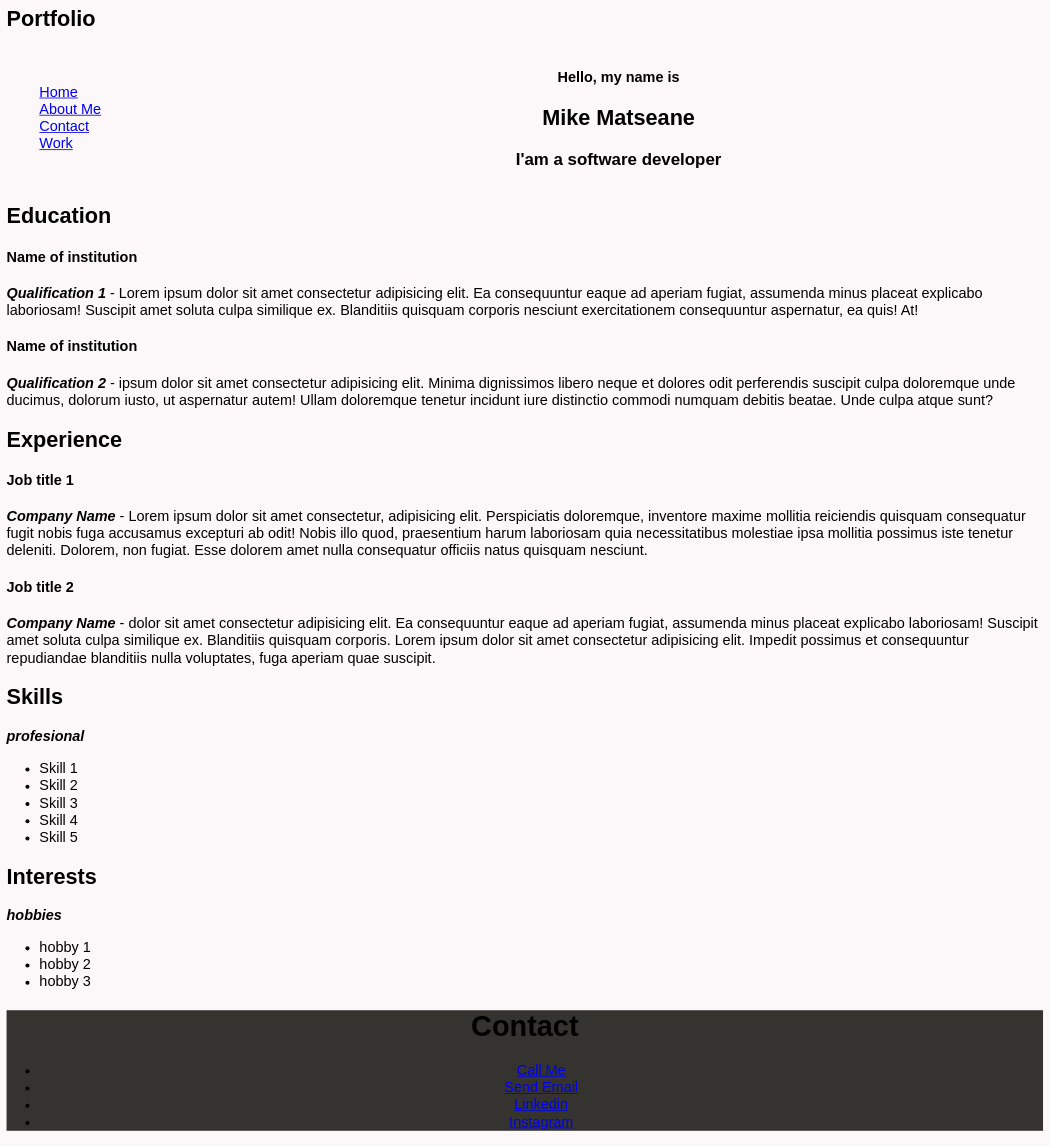
Repository: mikempho/Resume1
Page: resume1.html
The author's editor kept a copy of each file at every save. The page is drawn from the files as they stood at one save, then again after the next save.
The browser window is 1280 px wide. The pictures show the whole page, at 82% of full size.

Above is the page before, as saved 2022-03-25 20:54:34.

After the next save:
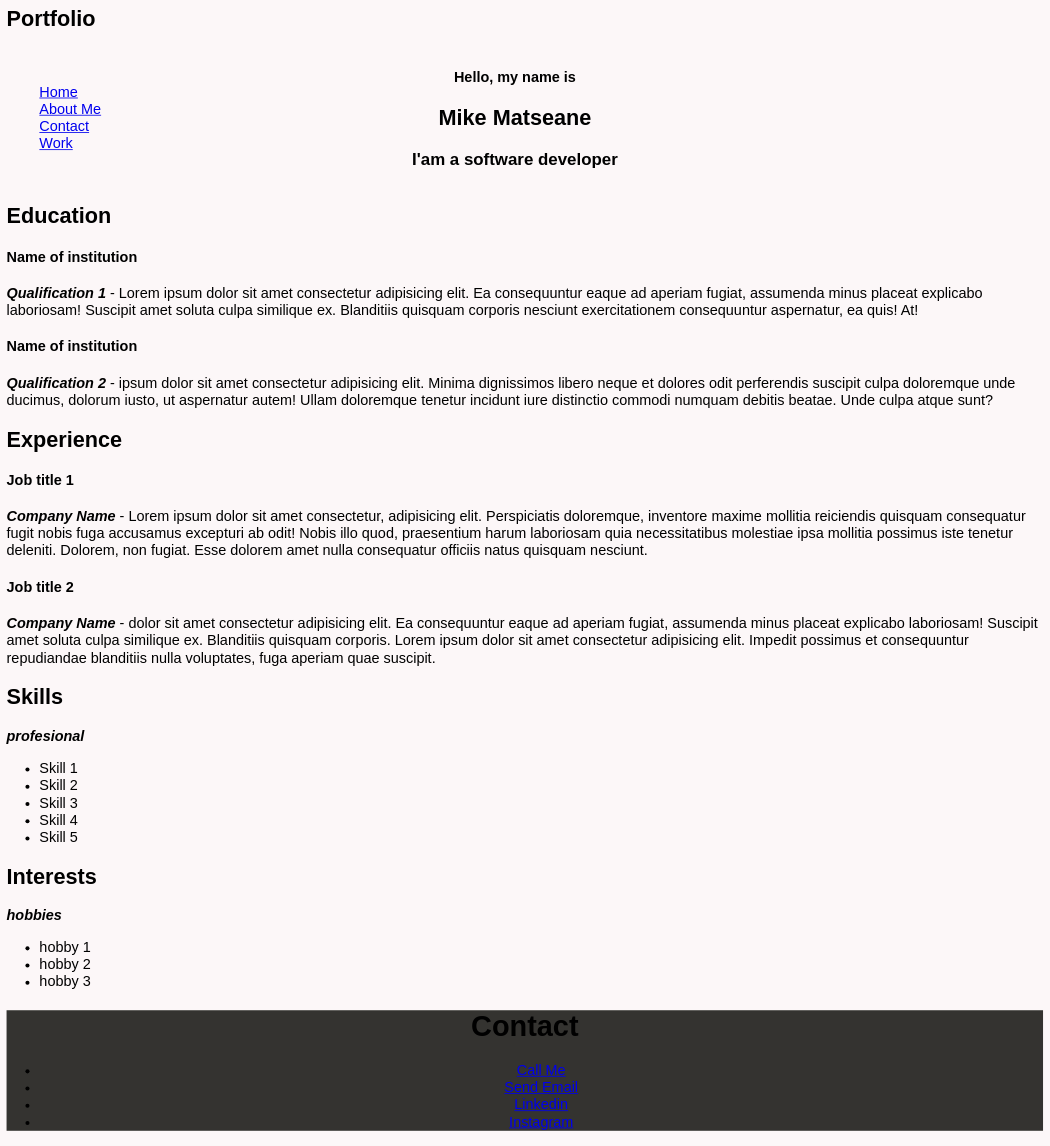
Saved 5 s later.
--- a/css/stylesheet.css
+++ b/css/stylesheet.css
@@ -23,7 +23,7 @@ nav ul li {
 .intro {
   text-align: center;
   position: relative;
-  left: 40%;
+  left: 30%;
 }
 footer {
   background-color: #343330;
